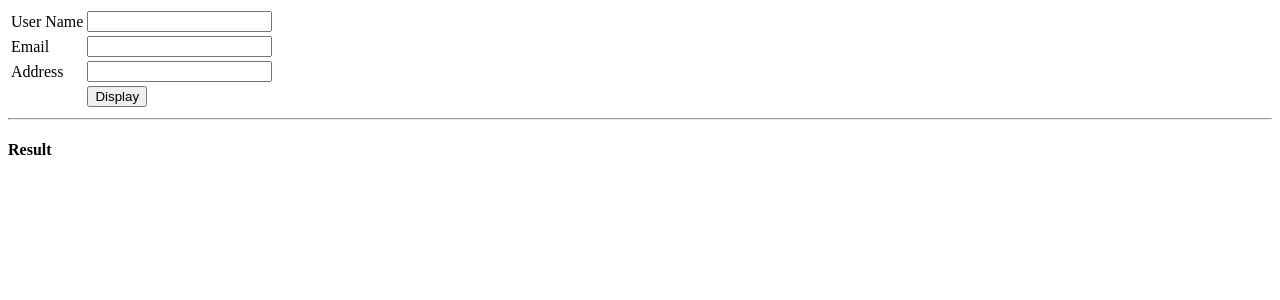
Repository: pyaephyotint22/Maven-Student-Course
Page: http://localhost/05-EL/without EL.jsp
These files come from the project's save history. The page is drawn as it stood at one moment and after the next save; the edit follows.
The browser window is 1280 px wide. The pictures show the whole page.
The page is served by Tomcat 9.

Above is the page before, as saved 2020-12-19 13:54:43.

After the next save:
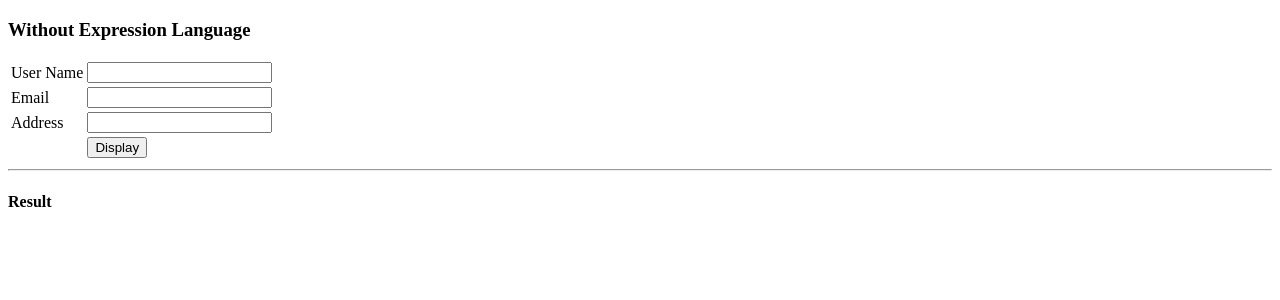
Saved 57 s later.
--- a/05-EL/src/main/webapp/without EL.jsp
+++ b/05-EL/src/main/webapp/without EL.jsp
@@ -7,6 +7,7 @@
 <title>EL Demo</title>
 </head>
 <body>
+<h3>Without Expression Language</h3>
 <%
 	 String name=request.getParameter("uname");
      String email=request.getParameter("email");
